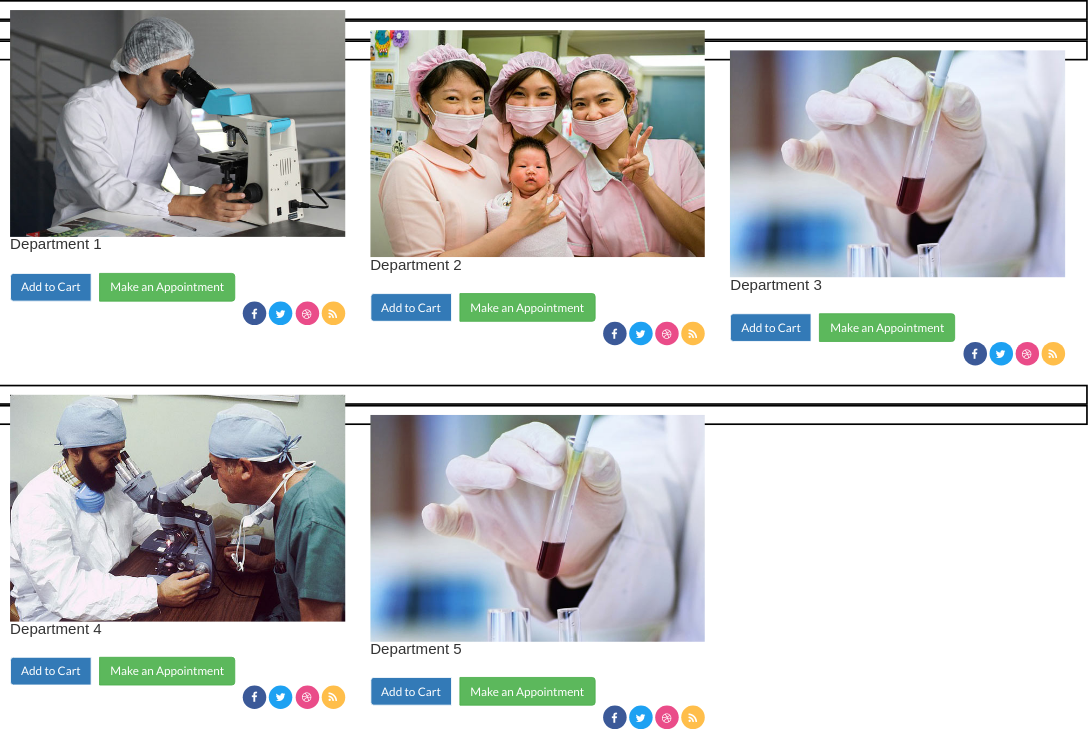
Repository: 72-faisal/work_to_do
Page: http://localhost/Khajina_Doctor/Department-home.jsp
An editor plug-in stored every save of this project. The page is shown before and after the next save, followed by the edit.
The browser window is 1280 px wide. The page is 1295 px wide, so the pictures cover 1295 px, including what lies to the right of the window. The pictures show the whole page, at 84% of full size.
Some web fonts or font styles are not loaded; a fallback is used. The page is served by Tomcat 9. Other server files are loaded and not shown.

Above is the page before, as saved 2023-04-15 20:21:03.

### Khajina_Doctor/Khajina_Doctor/src/main/webapp/Department-home.jsp
<%@ page language="java" contentType="text/html; charset=ISO-8859-1"
    pageEncoding="ISO-8859-1"%>
<!DOCTYPE html>
<html>
<head>
<meta charset="ISO-8859-1">
<title>KhajjinaDoc a Medical Online Solution |</title>
<!-- for-meta-tags-->
<meta name="viewport" content="width=device-width, initial-scale=1">
<meta http-equiv="Content-Type" content="text/html; charset=utf-8" />
<meta name="keywords" content="Health Plus Responsive web template, Bootstrap Web Templates, Flat Web Templates, Android Compatible web template,
Smartphone Compatible web template, free web designs for Nokia, Samsung, LG, SonyEricsson, Motorola web design" />
<script type="application/x-javascript"> addEventListener("load", function() { setTimeout(hideURLbar, 0); }, false);
		function hideURLbar(){ window.scrollTo(0,1); } </script>
<!-- //for-meta-tags-->
<link href="css/bootstrap.css" rel="stylesheet" type="text/css" media="all" />
<link rel="stylesheet" href="css/flexslider.css" type="text/css" media="screen" Department="" />
<link href="css/services.css" rel="stylesheet" type="text/css" media="all" />
<link href="css/ziehharmonika.css" rel="stylesheet" type="text/css">
<link href="css/JiSlider.css" rel="stylesheet">
<link href="css/style.css" rel="stylesheet" type="text/css" media="all" />
<!-- font-awesome icons -->
<link href="css/font-awesome.css" rel="stylesheet">
<!-- //font-awesome icons -->
<link href="//fonts.googleapis.com/css?family=Raleway:200,200i,300,300i,400,400i,500,500i,600,600i,700,700i,800" rel="stylesheet">
<link href="//fonts.googleapis.com/css?family=Lato:300,300i,400,400i,700,900" rel="stylesheet">
<style>
.box {
  border: 2px solid black; /* Set the border style to a 1px solid black line */
  padding: 10px; /* Add some padding around the box content to make it easier to read */
}
.department .btn-group .btn:first-child {
  margin-right: 10px;
}

.btn-primary:hover {
  filter: brightness(70%);
}
.social_agileinfo li a {
  display: block;
  width: 30px;
  height: 30px;
  line-height: 30px;
  text-align: center;
  background: #333;
  border-radius: 50%;
  margin: 0 10px;
}

.social_agileinfo li a i {
  font-size: 18px;
}

.social_agileinfo li a:hover {
  background: #555;
}

.social_agileinfo li a:hover i {
  color: #fff;
}

.social_agileinfo li a:focus {
  outline: none;
}





</style>
</head>
<body>
<div class="department-box">
    <div class="row">
    <div class="box">
        <div class="col-md-4 department">

            <img src="images/g1.jpg" alt=" " class="img-responsive" />
            <div class="overlay">
                <h4>Department 1</h4><br>
                 <div class="btn-group" role="group">
                    <button type="button" class="btn btn-primary">Add to Cart</button>
                    <button type="button" class="btn btn-success">Make an Appointment</button>
                </div><br>
               <div class="agileinfo_social_icons">
							<ul class="agileits_social_list">
								<li><a href="72__faisal" class="w3_agile_facebook"><i class="fa fa-facebook" aria-hidden="true"></i></a></li>
								<li><a href="72__faisal" class="agile_twitter"><i class="fa fa-twitter" aria-hidden="true"></i></a></li>
								<li><a href="72__faisal" class="w3_agile_dribble"><i class="fa fa-dribbble" aria-hidden="true"></i></a></li>
								<li><a href="72__faisal" class="w3_agile_rss"><i class="fa fa-rss" aria-hidden="true"></i></a></li>
							</ul>
						</div>
            </div>
        </div>
        </div>
        <div class="box">
        <div class="col-md-4 department">
            <img src="images/g2.jpg" alt=" " class="img-responsive" />
            <div class="overlay">
                <h4>Department 2</h4><br>
                <div class="btn-group" role="group">
                    <button type="button" class="btn btn-primary">Add to Cart</button>
                    <button type="button" class="btn btn-success">Make an Appointment</button>
                </div><br>
                   <div class="agileinfo_social_icons">
							<ul class="agileits_social_list">
								<li><a href="72__faisal" class="w3_agile_facebook"><i class="fa fa-facebook" aria-hidden="true"></i></a></li>
								<li><a href="72__faisal" class="agile_twitter"><i class="fa fa-twitter" aria-hidden="true"></i></a></li>
								<li><a href="72__faisal" class="w3_agile_dribble"><i class="fa fa-dribbble" aria-hidden="true"></i></a></li>
								<li><a href="72__faisal" class="w3_agile_rss"><i class="fa fa-rss" aria-hidden="true"></i></a></li>
							</ul>
						</div>
            </div>
        </div>
        </div>
        <div class="box">
        <div class="col-md-4 department">
            <img src="images/g3.jpg" alt=" " class="img-responsive" />
            <div class="overlay">
                <h4>Department 3</h4><br>
                <div class="btn-group" role="group">
                    <button type="button" class="btn btn-primary">Add to Cart</button>
                    <button type="button" class="btn btn-success">Make an Appointment</button>
                </div><br>
                  <div class="agileinfo_social_icons">
							<ul class="agileits_social_list">
								<li><a href="72__faisal" class="w3_agile_facebook"><i class="fa fa-facebook" aria-hidden="true"></i></a></li>
								<li><a href="72__faisal" class="agile_twitter"><i class="fa fa-twitter" aria-hidden="true"></i></a></li>
								<li><a href="72__faisal" class="w3_agile_dribble"><i class="fa fa-dribbble" aria-hidden="true"></i></a></li>
								<li><a href="72__faisal" class="w3_agile_rss"><i class="fa fa-rss" aria-hidden="true"></i></a></li>
							</ul>
						</div>
            </div>
        </div>
    </div>
    </div><br>
    <div class="row">
    <div class="box">
        <div class="col-md-4 department">
            <img src="images/g4.jpg" alt=" " class="img-responsive" />
            <div class="overlay">
                <h4>Department 4</h4><br>
               <div class="btn-group" role="group">
                    <button type="button" class="btn btn-primary">Add to Cart</button>
                    <button type="button" class="btn btn-success">Make an Appointment</button>
                </div><br>
                 <div class="agileinfo_social_icons">
							<ul class="agileits_social_list">
								<li><a href="72__faisal" class="w3_agile_facebook"><i class="fa fa-facebook" aria-hidden="true"></i></a></li>
								<li><a href="72__faisal" class="agile_twitter"><i class="fa fa-twitter" aria-hidden="true"></i></a></li>
								<li><a href="72__faisal" class="w3_agile_dribble"><i class="fa fa-dribbble" aria-hidden="true"></i></a></li>
								<li><a href="72__faisal" class="w3_agile_rss"><i class="fa fa-rss" aria-hidden="true"></i></a></li>
							</ul>
						</div>
            </div>
        </div>
        </div>
        <div class="box">
         <div class="col-md-4 department">
            <img src="images/g3.jpg" alt=" " class="img-responsive" />
            <div class="overlay">
                <h4>Department 5</h4><br>
               <div class="btn-group" role="group">
                    <button type="button" class="btn btn-primary">Add to Cart</button>
                    <button type="button" class="btn btn-success">Make an Appointment</button>
                </div><br>
                  <div class="agileinfo_social_icons">
							<ul class="agileits_social_list">
								<li><a href="72__faisal" class="w3_agile_facebook"><i class="fa fa-facebook" aria-hidden="true"></i></a></li>
								<li><a href="72__faisal" class="agile_twitter"><i class="fa fa-twitter" aria-hidden="true"></i></a></li>
								<li><a href="72__faisal" class="w3_agile_dribble"><i class="fa fa-dribbble" aria-hidden="true"></i></a></li>
								<li><a href="72__faisal" class="w3_agile_rss"><i class="fa fa-rss" aria-hidden="true"></i></a></li>
							</ul>
						</div>
            </div>
        </div>
        </div>
    </div>
    </div>

</body>
</html>

### Khajina_Doctor/Khajina_Doctor/src/main/webapp/css/flexslider.css
/*
 * jQuery FlexSlider v2.0
 * http://www.woothemes.com/flexslider/
 *
 * Copyright 2012 WooThemes
 * Free to use under the GPLv2 license.
 * http://www.gnu.org/licenses/gpl-2.0.html
 *
 * Contributing author: Tyler Smith (@mbmufffin)
 */
/* Browser Resets */
.flex-container a:active,
.flexslider a:active,
.flex-container a:focus,
.flexslider a:focus  {outline: none;}
.slides,
.flex-control-nav,
.flex-direction-nav {margin: 0; padding: 0; list-style: none;}

/* FlexSlider Necessary Styles
*********************************/
.flexslider .slides > li {display: none; -webkit-backface-visibility: hidden;} /* Hide the slides before the JS is loaded. Avoids image jumping */
.flexslider .slides img {margin: 0 auto; display: block;}
.flex-pauseplay span {text-transform: capitalize;}

/* Clearfix for the .slides element */
.slides:after {content: "."; display: block; clear: both; visibility: hidden; line-height: 0; height: 0;}
html[xmlns] .slides {display: block;}
* html .slides {height: 1%;}

/* No JavaScript Fallback */
/* If you are not using another script, such as Modernizr, make sure you
 * include js that eliminates this class on page load */
.no-js .slides > li:first-child {display: block;}


/* FlexSlider Default Theme
*********************************/
.flexslider {
	border: 0px;
	position: relative;
	zoom: 1;
	overflow: hidden;
}
.flex-viewport {max-height: 2000px; -webkit-transition: all 1s ease; -moz-transition: all 1s ease; transition: all 1s ease;}
.loading .flex-viewport {max-height: 300px;}
.flexslider .slides {zoom: 1;}

.carousel li {margin-right: 5px}


/* Direction Nav */
.flex-direction-nav a {
	margin: 0;
    background: none;
    position: absolute;
    z-index: 10;
    cursor: pointer;
    opacity: .8;
    -webkit-transition: all .3s ease;
    font-family: FontAwesome;
    font-size: 2em;
    color: #fff;
	text-decoration: none;
	top: 50%;
}
.flex-direction-nav .flex-next {
    right: 5%;
}
.flex-direction-nav .flex-prev {
	left:5%;
}
.flex-direction-nav .flex-next:before{
	content:"\f178";
}
.flex-direction-nav .flex-prev:before{
	content:"\f177";
}
.flexslider:hover .flex-next {opacity: 1;}
.flexslider:hover .flex-prev {opacity: 1;}
.flexslider:hover .flex-next:hover, .flexslider:hover .flex-prev:hover {opacity: 1;}
.flex-direction-nav .flex-disabled {opacity: .3!important; filter:alpha(opacity=30); cursor: default;}
/* Control Nav */
.flex-control-nav {
	display: block;
    position: absolute;
    right: 5%;
    top: 20%;
}
.flex-control-nav li {
    margin: 15px 0;
    display: block;
    zoom: 1;
    position: relative;
}
.flex-control-paging li a {
	width: 15px;
    height: 15px;
    display: none;
    cursor: pointer;
    text-indent: -9999px;
    border: 5px solid rgba(255, 255, 255, 0.38);
    background: #bababa;
    text-align: center;
    border-radius: 15px;
}
.flex-control-paging li a.flex-active {
	background:#ff464f;
	cursor: default;
	transform: rotateX(360deg);
	-webkit-transform: rotateX(360deg);
	-moz-transform: rotateX(360deg);
	-o-transform: rotateX(360deg);
	-ms-transform: rotateX(360deg);
    transition: transform 2s;
}
.flex-control-thumbs {margin: 5px 0 0; position: static; overflow: hidden;}
.flex-control-thumbs li {width: 25%; float: left; margin: 0;}
.flex-control-thumbs img {width: 100%; display: block; opacity: .7; cursor: pointer;}
.flex-control-thumbs img:hover {opacity: 1;}
.flex-control-thumbs .flex-active {opacity: 1; cursor: default;}
@media screen and (max-width:1366px) {

}
@media screen and (max-width:1080px) {

}
@media screen and (max-width: 991px){

}
@media screen and (max-width: 667px){

}
@media screen and (max-width: 640px){

}
@media screen and (max-width: 600px){

}
@media screen and (max-width: 480px) {
	section.slider {
		padding-top: 0;
	}

}
@media screen and (max-width: 414px){

}
@media screen and (max-width: 384px){

}
@media screen and (max-width: 375px) {

}
@media screen and (max-width: 320px) {

}

### Khajina_Doctor/Khajina_Doctor/src/main/webapp/css/services.css
.ch-item {
	width: 100%;
	height: 100%;
	border-radius: 50%;
	position: relative;
	cursor: default;
	-webkit-perspective: 900px;
	-moz-perspective: 900px;
	-o-perspective: 900px;
	-ms-perspective: 900px;
	perspective: 900px;
}
.ch-info{
	position: absolute;
	width: 100%;
	height: 100%;
	-webkit-transform-style: preserve-3d;
	-moz-transform-style: preserve-3d;
	-o-transform-style: preserve-3d;
	-ms-transform-style: preserve-3d;
	transform-style: preserve-3d;
}
.ch-info > div {
	display: block;
	position: absolute;
	width: 100%;
	height: 100%;
	border-radius: 50%;
	background-position: center center;
	-webkit-transition: all 0.4s linear;
	-moz-transition: all 0.4s linear;
	-o-transition: all 0.4s linear;
	-ms-transition: all 0.4s linear;
	transition: all 0.4s linear;
	-webkit-transform-origin: 50% 0%;
	-moz-transform-origin: 50% 0%;
	-o-transform-origin: 50% 0%;
	-ms-transform-origin: 50% 0%;
	transform-origin: 50% 0%;
}

.ch-info .ch-info-front {
      border: 10px solid #1c588e;
    background: #fff;
}

.ch-info .ch-info-back {
	-webkit-transform: translate3d(0,0,-220px) rotate3d(1,0,0,90deg);
	-moz-transform: translate3d(0,0,-220px) rotate3d(1,0,0,90deg);
	-o-transform: translate3d(0,0,-220px) rotate3d(1,0,0,90deg);
	-ms-transform: translate3d(0,0,-220px) rotate3d(1,0,0,90deg);
	transform: translate3d(0,0,-220px) rotate3d(1,0,0,90deg);
	background: #000;
	opacity: 0;
}
.ch-info-front.ch-img-1 i,.ch-info-front.ch-img-2 i,.ch-info-front.ch-img-3 i ,.ch-info-front.ch-img-4 i ,.ch-info-front.ch-img-5 i   {
    color: #232323;
    font-size: 4em;
    line-height: 3em;
}

.ch-info h5 {
    color: #fff;
    text-transform: uppercase;
    letter-spacing: 2px;
    font-size: 20px;
    margin: 0 15px;
    padding: 78px 0 0 0;
    height: 110px;
    text-shadow: 0 0 1px #fff, 0 1px 2px rgba(0,0,0,0.3);
}

.ch-info p {
	color: #de0f17;
    padding:10px 5px;
    font-style:italic;
    margin:0 30px;
    font-size:12px;
    border-top:1px solid rgba(47, 46, 46, 0.5);
}

.ch-info p a {
	display: block;
	color: #fff;
	color: rgba(255,255,255,0.7);
	font-style: normal;
	font-weight: 700;
	text-transform: uppercase;
	font-size: 9px;
	letter-spacing: 1px;
	padding-top: 4px;
	font-family: 'Open Sans', Arial, sans-serif;
}

.ch-info p a:hover {
	color: #fff222;
	color: rgba(255,242,34, 0.8);
}

.ch-item:hover .ch-info-front {
	-webkit-transform: translate3d(0,280px,0) rotate3d(1,0,0,-90deg);
	-moz-transform: translate3d(0,280px,0) rotate3d(1,0,0,-90deg);
	-o-transform: translate3d(0,280px,0) rotate3d(1,0,0,-90deg);
	-ms-transform: translate3d(0,280px,0) rotate3d(1,0,0,-90deg);
	transform: translate3d(0,280px,0) rotate3d(1,0,0,-90deg);
	opacity: 0;
}

.ch-item:hover .ch-info-back {
	-webkit-transform: rotate3d(1,0,0,0deg);
	-moz-transform: rotate3d(1,0,0,0deg);
	-o-transform: rotate3d(1,0,0,0deg);
	-ms-transform: rotate3d(1,0,0,0deg);
	transform: rotate3d(1,0,0,0deg);
	opacity: 1;
}

### Khajina_Doctor/Khajina_Doctor/src/main/webapp/css/ziehharmonika.css
/* @author Tim himself */

.ziehharmonika h3 {
    background: rgba(255, 255, 255, 0);
    color: #151414;
    text-align: left;
    border-radius: 0px;
    padding: 25px 20px;
    cursor: pointer;
    margin-top: 0;
    margin-bottom: 25px;
    padding-right: 40px;
    transition: 0.25s all;
    position: relative;
    border: 6px solid #191919;
    font-weight: 700;
    letter-spacing: 1px;
}
.ziehharmonika h3.active {
    margin-bottom: 21px;
  background: #207fdc;
    border: 6px solid rgba(44, 185, 139, 0.01);
}
.ziehharmonika h3::before {
	content: attr(data-prefix);
	font-size: 18px;
	margin-right: 9px;
}
.ziehharmonika > div {
	display: none;
	    background: #fff;
    border-radius: 0;
    border: 1px solid #cdcdcd;
    text-align: left;
    padding: 31px 33px;
    margin-bottom: 9px;
}
.ziehharmonika .arrowDown {
	width: 0;
	height: 0;
	border-style: solid;
	border-width: 13.0px 7.5px 0 7.5px;
	border-color: #272e35 transparent transparent transparent;
	position: absolute;
	bottom: 0;
	left: 40px;
	transition: 0.25s all;
	opacity: 0;
}
.ziehharmonika .active .arrowDown {
       bottom: -18px;
    border-color: #207fdc transparent transparent transparent;
    opacity: 1;
}
.ziehharmonika .collapseIcon {
	    position: absolute;
    right: 20px;
    top: 52%;
    font-size: 30px;
    font-weight: 400;
    -ms-transform: translate(0, -50%);
    transform: translate(0, -50%);
}
/*--/Responsive--*/
@media(max-width:640px){
	.ziehharmonika > div {
		display: none;
		background: #fff;
		border-radius: 0;
		border: 1px solid #cdcdcd;
		text-align: left;
		padding: 15px 15px;
		margin-bottom: 9px;
	}
	.ziehharmonika h3 {
      padding: 15px 20px;
	}
}
@media(max-width:414px){
	.ziehharmonika h3 {
		padding: 9px 15px;
		margin-bottom: 14px;
		padding-right: 40px;
		font-size: 1.2em;
	}
}
/*--//Responsive--*/

### Khajina_Doctor/Khajina_Doctor/src/main/webapp/css/JiSlider.css
/****** JiSlider css ******/
	#JiSlider {
				width: 100%;
				height: 100%;
			}
.jislider ul {
	height: 100%;
	margin: 0;
	padding: 0;
	position: relative;
	list-style-type: none;
}

.jislider ul li {
	position: relative;
	height: 100%;
	float: left;
	overflow: hidden;
}

.jislider__img {
	position: absolute;
	top: 0;
	left: 0;
	background-size: cover;
	background-position: center;
	width: 100%;
	height: 100%;
	z-index: -1;
}

.jislider__left-arrow {
	position: absolute;
	left: 30px;
	top: 0;
	bottom: 0;
	margin: auto;
	width: 30px;
	height: 60px;
	cursor: pointer;
}

.jislider__left-arrow__top {
	content: '';
	position: absolute;
	top: 0;
	left: 0;
	width: 2px;
	height: 30px;
	background-color: inherit;
	-webkit-transform: rotate(30deg) translateX(10px) translateY(-3px);
	-ms-transform: rotate(30deg) translateX(10px) translateY(-3px);
	transform: rotate(30deg) translateX(10px) translateY(-3px);
}

.jislider__left-arrow__bottom {
	content: '';
	position: absolute;
	bottom: 0;
	left: 0;
	width: 2px;
	height: 30px;
	background-color: inherit;
	-webkit-transform: rotate(-30deg) translateX(10px) translateY(3px);
	-ms-transform: rotate(-30deg) translateX(10px) translateY(3px);
	transform: rotate(-30deg) translateX(10px) translateY(3px);
}


.jislider__right-arrow {
	position: absolute;
	right: 30px;
	top: 0;
	bottom: 0;
	margin: auto;
	width: 30px;
	height: 60px;
	cursor: pointer;
}

.jislider__right-arrow__top {
	content: '';
	position: absolute;
	top: 0;
	right: 0;
	width: 2px;
	height: 30px;
	background-color: inherit;
	-webkit-transform: rotate(-30deg) translateX(-10px) translateY(-3px);
	-ms-transform: rotate(-30deg) translateX(-10px) translateY(-3px);
	transform: rotate(-30deg) translateX(-10px) translateY(-3px);
}

.jislider__right-arrow__bottom {
	content: '';
	position: absolute;
	bottom: 0;
	right: 0;
	width: 2px;
	height: 30px;
	background-color: inherit;
	-webkit-transform: rotate(30deg) translateX(-10px) translateY(3px);
	-ms-transform: rotate(30deg) translateX(-10px) translateY(3px);
	transform: rotate(30deg) translateX(-10px) translateY(3px);
}

.jislider__controller {
    position: absolute;
    max-width: 80%;
    padding: 0 10px;
    left: -54%;
    right: 0;
    bottom: 20%;
    margin: auto;
    text-align: center;
}

.jislider__button {
    display: inline-block;
    width: 36px;
    height: 5px;
    margin: 0 0 0 7px;
    cursor: pointer;
    border: 2px solid #fff!important;
    background: #fff!important;
    box-shadow: 3px 3px rgba(0, 0, 0, 0.34);
}
.jislider__button.jislider__on{
	background:#de0f17!important;
    border:2px solid #de0f17!important;
    height:5px;
    width:36px;
	border-radius:0px!important;
}
.jislider__controller {
    width: 200px!important;
}
/*--start-responsive-design--*/
@media (max-width:1680px){
	.jislider__controller {
		left: -61%;
	}
}
@media (max-width:1600px){
	.jislider__controller {
		left: -64%;
	}
}
@media (max-width:1440px){
	.jislider__controller {

		bottom: 20%;
		left: -71%;
        right: 0;
	}
}
@media (max-width:1366px){
	.jislider__controller {
		bottom: 20%;
		left: -74%;
		right: 0;
	}
}
@media (max-width:1280px){

	.jislider__controller {
		left: -80%;
		right: 0;
		bottom: 20%;
	}
}
@media (max-width:1080px){
	.jislider__controller {
		left: -76%;
		right: 0;
		bottom: 24%;
	}
}
@media (max-width:1050px){
 .jislider__controller {
		left: -78%;
		right: 0;
		bottom: 24%;
	}
}
@media (max-width:1024px){
	.jislider__controller {
		left: -80%;
		right: 0;
		bottom: 26%;
	}
}
@media (max-width:991px){

	.jislider__controller {
		left: -63%;
		right: 0;
		bottom: 23%;
	}
}
@media (max-width:800px){
	.jislider__controller {
		left: -67%;
		right: 0;
		bottom: 23%;
	}
}
@media (max-width:768px){
	.jislider__controller {
		left: -72%;
		right: 0;
		bottom: 23%;
	}
}
@media (max-width:736px){
	.jislider__controller {
		left: -63%;
		right: 0;
		bottom: 27%;
	}
}
@media (max-width:667px){
   .jislider__controller {
		left: -66%;
		right: 0;
		bottom: 27%;
	}

}
@media (max-width:640px){
	.jislider__controller {
		left: -61%;
		right: 0;
		bottom: 23%;
	}
}
@media (max-width:600px){
	.jislider__controller {
		left: -60%;
		right: 0;
		bottom: 20%;
	}
}
@media (max-width:568px){
	.jislider__button {
		display: inline-block;
		width: 27px;
	}
}
@media (max-width:480px){

	.jislider__controller {
		left: -53%;
		right: 0;
		bottom: 22%;
	}
	.jislider__button {
		display: inline-block;
		width: 26px;
		height: 5px;
		margin: 0 0 0 7px;
	}
}
@media (max-width:414px){
	.jislider__left-arrow {
		position: absolute;
		left: 10px;
		top: 0;
		bottom: 0;
		margin: auto;
		width: 30px;
		height: 60px;
		cursor: pointer;
	}
	.jislider__right-arrow {
		position: absolute;
		right: 10px;
		top: 0;
		bottom: 0;
		margin: auto;
		width: 30px;
		height: 60px;
		cursor: pointer;
	}
	.jislider__controller {
		left: -53%;
		right: 0;
		bottom: 19%;
	}
}
@media (max-width:384px){
	.jislider__controller {
		padding: 0 0px;
		left: -49%;
		right: 0;
		bottom: 14%;
	}
}

Loaded but not shown: Khajina_Doctor/Khajina_Doctor/src/main/webapp/css/bootstrap.css (library); Khajina_Doctor/Khajina_Doctor/src/main/webapp/css/font-awesome.css (library); Khajina_Doctor/Khajina_Doctor/src/main/webapp/css/style.css (4106 lines, source omitted)

After the next save:
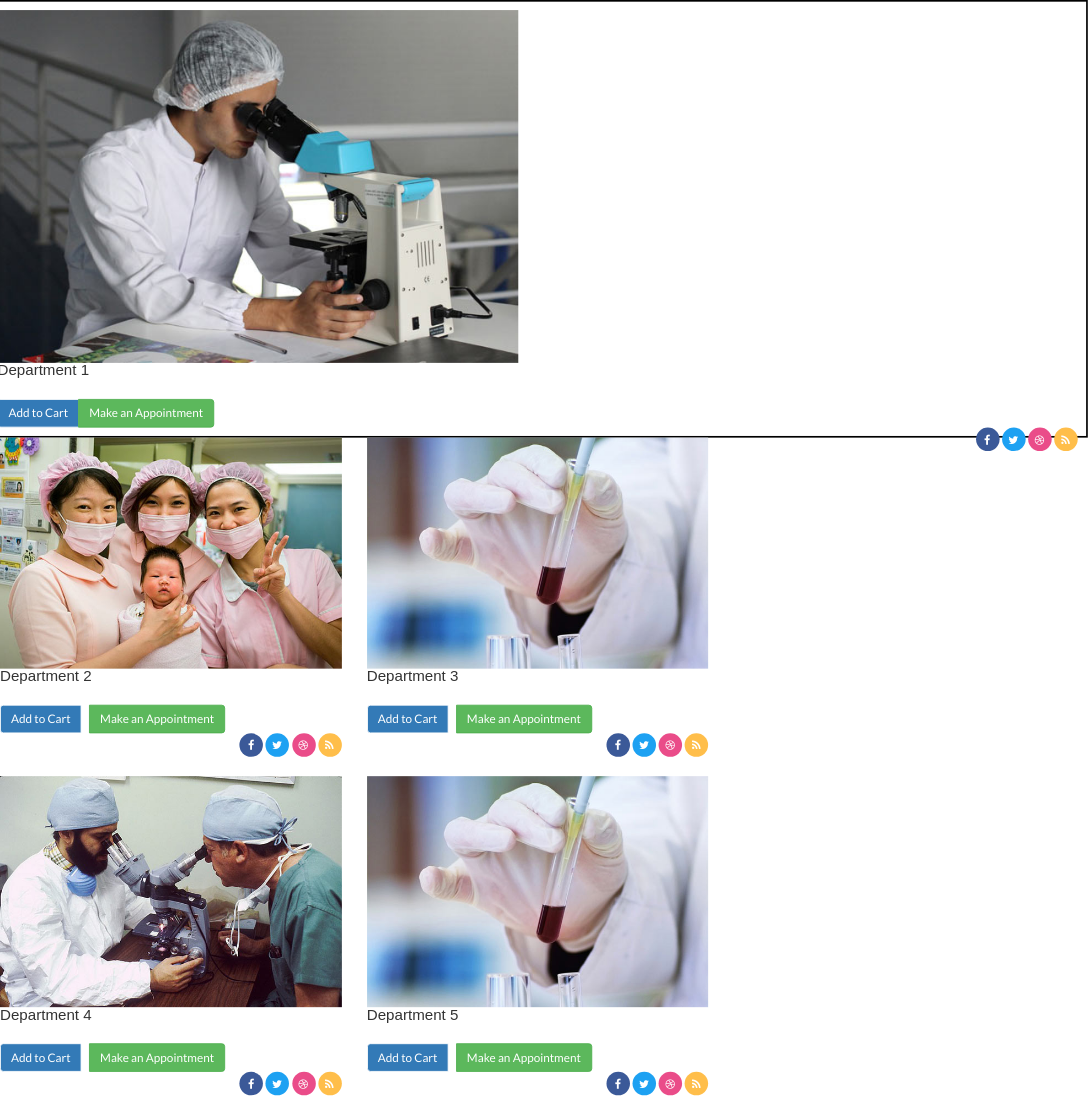
Saved 2 min 11 s later.
--- a/Khajina_Doctor/Khajina_Doctor/src/main/webapp/Department-home.jsp
+++ b/Khajina_Doctor/Khajina_Doctor/src/main/webapp/Department-home.jsp
@@ -25,7 +25,7 @@ Smartphone Compatible web template, free web designs for Nokia, Samsung, LG, Son
 <link href="//fonts.googleapis.com/css?family=Raleway:200,200i,300,300i,400,400i,500,500i,600,600i,700,700i,800" rel="stylesheet">
 <link href="//fonts.googleapis.com/css?family=Lato:300,300i,400,400i,700,900" rel="stylesheet">
 <style>
-.box {
+.col-md-4department {
   border: 2px solid black; /* Set the border style to a 1px solid black line */
   padding: 10px; /* Add some padding around the box content to make it easier to read */
 }
@@ -72,8 +72,7 @@ Smartphone Compatible web template, free web designs for Nokia, Samsung, LG, Son
 <body>
 <div class="department-box">
     <div class="row">
-    <div class="box">
-        <div class="col-md-4 department">
+        <div class="col-md-4department">
 
             <img src="images/g1.jpg" alt=" " class="img-responsive" />
             <div class="overlay">
@@ -92,8 +91,6 @@ Smartphone Compatible web template, free web designs for Nokia, Samsung, LG, Son
 						</div>
             </div>
         </div>
-        </div>
-        <div class="box">
         <div class="col-md-4 department">
             <img src="images/g2.jpg" alt=" " class="img-responsive" />
             <div class="overlay">
@@ -112,8 +109,6 @@ Smartphone Compatible web template, free web designs for Nokia, Samsung, LG, Son
 						</div>
             </div>
         </div>
-        </div>
-        <div class="box">
         <div class="col-md-4 department">
             <img src="images/g3.jpg" alt=" " class="img-responsive" />
             <div class="overlay">
@@ -132,10 +127,8 @@ Smartphone Compatible web template, free web designs for Nokia, Samsung, LG, Son
 						</div>
             </div>
         </div>
-    </div>
     </div><br>
     <div class="row">
-    <div class="box">
         <div class="col-md-4 department">
             <img src="images/g4.jpg" alt=" " class="img-responsive" />
             <div class="overlay">
@@ -154,8 +147,6 @@ Smartphone Compatible web template, free web designs for Nokia, Samsung, LG, Son
 						</div>
             </div>
         </div>
-        </div>
-        <div class="box">
          <div class="col-md-4 department">
             <img src="images/g3.jpg" alt=" " class="img-responsive" />
             <div class="overlay">
@@ -174,7 +165,6 @@ Smartphone Compatible web template, free web designs for Nokia, Samsung, LG, Son
 						</div>
             </div>
         </div>
-        </div>
     </div>
     </div>
 
